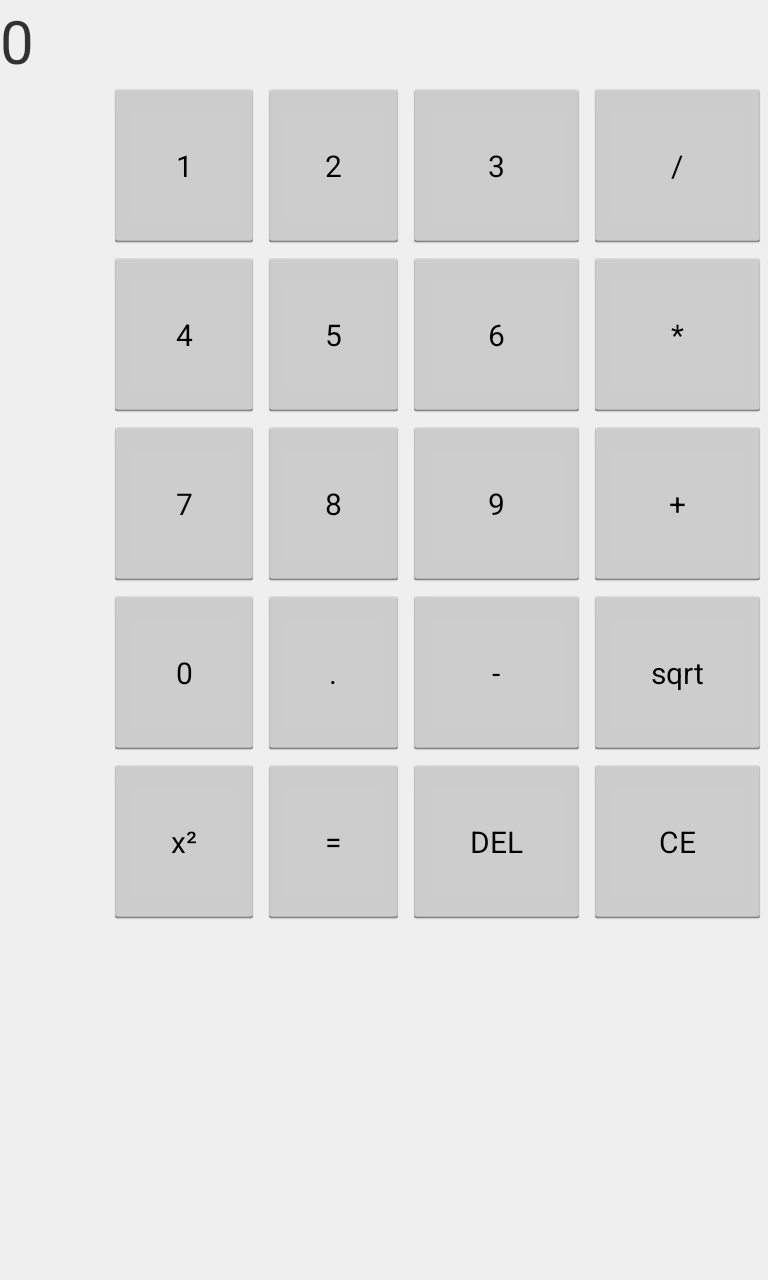
Repository: yrosascu/CursoAndroid
Layout: CalculadoraAndroid/res/layout/activity_calculator_main.xml
The author's editor kept a copy of each file at every save. The layout is drawn from the files as they stood at one save, then again after the next save.
It is drawn on a 768 x 1280 px phone screen (xhdpi) without system bars, with theme AppTheme; the app's code is not run.

Above is the layout before, as saved 2013-05-17 05:16:53.

### CalculadoraAndroid/res/layout/activity_calculator_main.xml
<LinearLayout xmlns:android="http://schemas.android.com/apk/res/android"
    android:orientation="vertical"
	android:layout_width="fill_parent"
	android:layout_height="fill_parent"
	android:background="#1111"
	>
	<TextView
	    android:id="@+id/Resultado"
		android:textSize="30sp"
		android:layout_width="fill_parent"
		android:layout_height="wrap_content"
		android:text="0"
	/>

	<TableLayout
		android:layout_width="fill_parent"
		android:layout_height="fill_parent"
		android:stretchColumns="1"
	>

	<TableRow>
	    <Button
	        android:layout_column="4"
			android:id="@+id/Boton1"
			android:layout_width="wrap_content"
			android:layout_height="wrap_content"
			android:text="1"
			android:textSize="15dp"
			android:padding="32dp"
		>

		</Button>
		<Button
			android:layout_column="4"
			android:id="@+id/Boton2"
			android:layout_width="wrap_content"
			android:layout_height="wrap_content"
			android:text="2"
			android:textSize="15dp"
			android:padding="32dp"
		> </Button>
		<Button
			android:layout_column="4"
			android:id="@+id/Boton3"
			android:layout_width="wrap_content"
			android:layout_height="wrap_content"
			android:text="3"
			android:textSize="15dp"
			android:padding="32dp"

		> </Button>
		<Button
			android:layout_column="4"
			android:id="@+id/Botondiv"
			android:layout_width="wrap_content"
			android:layout_height="wrap_content"
			android:text="/"
			android:textSize="15dp"
			android:padding="32dp"
		>
		</Button>

	</TableRow>
		<TableRow>
			<Button
				android:layout_column="4"
				android:id="@+id/Boton4"
				android:layout_width="wrap_content"
				android:layout_height="wrap_content"
				android:text="4"
				android:textSize="15dp"
				android:padding="32dp"
				>
			</Button>
			<Button
				android:layout_column="4"
				android:id="@+id/Boton5"
				android:layout_width="wrap_content"
				android:layout_height="wrap_content"
				android:text="5"
				android:textSize="15dp"
				android:padding="32dp"

			>

			</Button>
			<Button
				android:layout_column="4"
				android:id="@+id/Boton6"
				android:layout_width="wrap_content"
				android:layout_height="wrap_content"
				android:text="6"
				android:textSize="15dp"
				android:padding="32dp"

			>

			</Button>
			<Button
				android:layout_column="4"
				android:id="@+id/Botonmulti"
				android:layout_width="wrap_content"
				android:layout_height="wrap_content"
				android:text="*"
				android:textSize="15dp"
				android:padding="32dp"

			>

			</Button>
	</TableRow>
		<TableRow>
			<Button
				android:layout_column="4"
				android:id="@+id/Boton7"
				android:layout_width="wrap_content"
				android:layout_height="wrap_content"
				android:text="7"

				android:textSize="15dp"
				android:padding="32dp"
			>

			</Button>

			<Button
				android:layout_column="4"
				android:id="@+id/Boton8"
				android:layout_width="wrap_content"
				android:layout_height="wrap_content"
				android:text="8"
				android:textSize="15dp"
				android:padding="32dp"

			>

			</Button>

			<Button
				android:layout_column="4"
				android:id="@+id/Boton9"
				android:layout_width="wrap_content"
				android:layout_height="wrap_content"
				android:text="9"
				android:textSize="15dp"
				android:padding="32dp"

			>

			</Button>
			<Button
				android:layout_column="4"
				android:id="@+id/Botonsuma"
				android:layout_width="wrap_content"
				android:layout_height="wrap_content"
				android:text="+"
				android:textSize="15dp"
				android:padding="32dp"
			>

			</Button>
	</TableRow>
		<TableRow>
			<Button
				android:layout_column="4"
				android:id="@+id/Boton0"
				android:layout_width="wrap_content"
				android:layout_height="wrap_content"
				android:text="0"
				android:textSize="15dp"
				android:padding="32dp"
			>

			</Button>
			<Button
				android:layout_column="4"
				android:id="@+id/Botonpunto"
				android:layout_width="wrap_content"
				android:layout_height="wrap_content"
				android:text="."
				android:textSize="15dp"
				android:padding="32dp"
			>

			</Button>
			<Button
				android:layout_column="4"
				android:id="@+id/Botonresta"
				android:layout_width="wrap_content"
				android:layout_height="wrap_content"
				android:text="-"
				android:textSize="15dp"
				android:padding="32dp"
			>

			</Button>
			<Button
				android:layout_column="4"
				android:id="@+id/Botonsqrt"
				android:layout_width="wrap_content"
				android:layout_height="wrap_content"
				android:text="sqrt"
				android:textSize="15dp"
				android:padding="32dp"
			>

			</Button>
	</TableRow>

		<TableRow>

			<Button
				android:layout_column="4"
				android:id="@+id/Botonexp"
				android:layout_width="wrap_content"
				android:layout_height="wrap_content"
				android:text="x²"
				android:textSize="15dp"
				android:padding="32dp"
			>

			</Button>
			<Button
				android:layout_column="4"
				android:id="@+id/Botonigual"
				android:layout_width="wrap_content"
				android:layout_height="wrap_content"
				android:text="="
				android:textSize="15dp"
				android:padding="32dp"
			>

			</Button>

			<Button
				android:layout_column="4"
				android:id="@+id/DEL"
				android:layout_width="wrap_content"
				android:layout_height="wrap_content"
				android:text="DEL"
				android:textSize="15dp"
				android:padding="32dp"
			>

			</Button>
			<Button
				android:layout_column="4"
				android:id="@+id/CE"
				android:layout_width="wrap_content"
				android:layout_height="wrap_content"
				android:text="CE"
				android:textSize="15dp"
				android:padding="32dp"
			> </Button>
	</TableRow>
</TableLayout>


</LinearLayout>

Loaded but not shown: CalculadoraAndroid/res/values/styles.xml (common file); CalculadoraAndroid/res/values-v11/styles.xml (common file); CalculadoraAndroid/res/values-v14/styles.xml (common file)

After the next save:
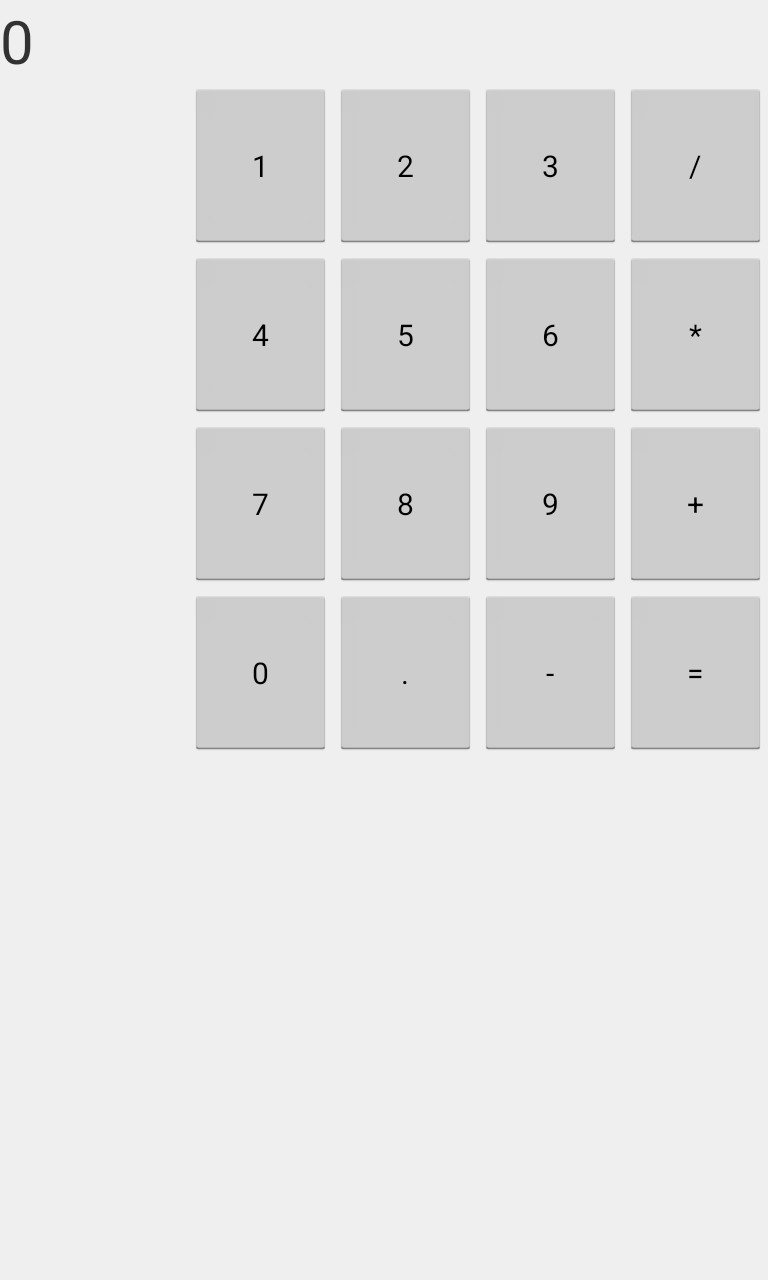
Saved 21 min 32 s later.
--- a/CalculadoraAndroid/res/layout/activity_calculator_main.xml
+++ b/CalculadoraAndroid/res/layout/activity_calculator_main.xml
@@ -194,64 +194,15 @@
 			>
 
 			</Button>
-			<Button
-				android:layout_column="4"
-				android:id="@+id/Botonsqrt"
-				android:layout_width="wrap_content"
-				android:layout_height="wrap_content"
-				android:text="sqrt"
-				android:textSize="15dp"
-				android:padding="32dp"
-			>
-
-			</Button>
-	</TableRow>
-
-		<TableRow>
-
-			<Button
-				android:layout_column="4"
-				android:id="@+id/Botonexp"
-				android:layout_width="wrap_content"
-				android:layout_height="wrap_content"
-				android:text="x²"
-				android:textSize="15dp"
-				android:padding="32dp"
-			>
-
-			</Button>
-			<Button
-				android:layout_column="4"
-				android:id="@+id/Botonigual"
-				android:layout_width="wrap_content"
-				android:layout_height="wrap_content"
-				android:text="="
-				android:textSize="15dp"
-				android:padding="32dp"
-			>
-
-			</Button>
-
-			<Button
-				android:layout_column="4"
-				android:id="@+id/DEL"
-				android:layout_width="wrap_content"
-				android:layout_height="wrap_content"
-				android:text="DEL"
-				android:textSize="15dp"
-				android:padding="32dp"
-			>
-
-			</Button>
-			<Button
-				android:layout_column="4"
-				android:id="@+id/CE"
-				android:layout_width="wrap_content"
-				android:layout_height="wrap_content"
-				android:text="CE"
-				android:textSize="15dp"
-				android:padding="32dp"
-			> </Button>
+
+			<Button
+			    android:id="@+id/Botonigual"
+			    android:layout_width="wrap_content"
+			    android:layout_height="wrap_content"
+			    android:padding="32dp"
+			    android:text="="
+			    android:textSize="15dp" />
+
 	</TableRow>
 </TableLayout>
 

After the 2 saves that followed:
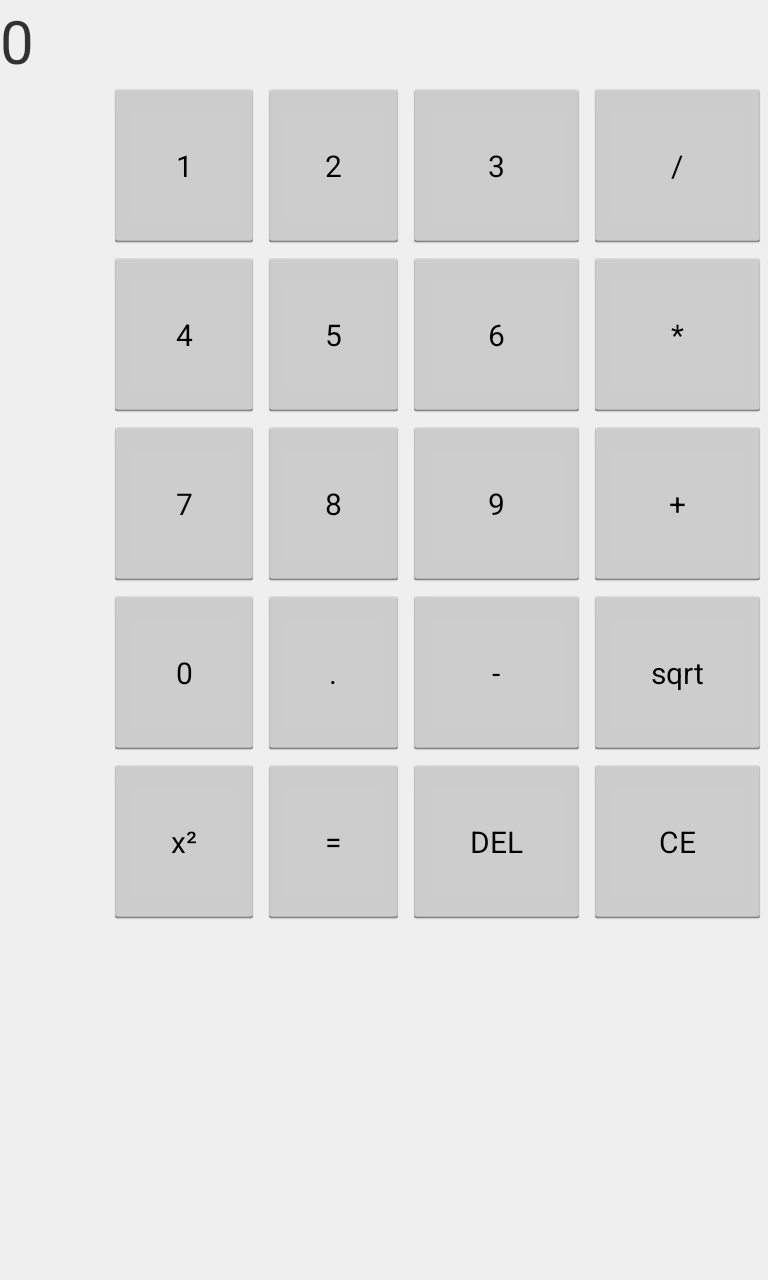
The 2 saves are shown as one change because 1 left the picture as it was.
The last was saved 5 min 48 s later.
--- a/CalculadoraAndroid/res/layout/activity_calculator_main.xml
+++ b/CalculadoraAndroid/res/layout/activity_calculator_main.xml
@@ -194,15 +194,64 @@
 			>
 
 			</Button>
-
-			<Button
-			    android:id="@+id/Botonigual"
-			    android:layout_width="wrap_content"
-			    android:layout_height="wrap_content"
-			    android:padding="32dp"
-			    android:text="="
-			    android:textSize="15dp" />
-
+			<Button
+				android:layout_column="4"
+				android:id="@+id/Botonsqrt"
+				android:layout_width="wrap_content"
+				android:layout_height="wrap_content"
+				android:text="sqrt"
+				android:textSize="15dp"
+				android:padding="32dp"
+			>
+
+			</Button>
+	</TableRow>
+
+		<TableRow>
+
+			<Button
+				android:layout_column="4"
+				android:id="@+id/Botonexp"
+				android:layout_width="wrap_content"
+				android:layout_height="wrap_content"
+				android:text="x²"
+				android:textSize="15dp"
+				android:padding="32dp"
+			>
+
+			</Button>
+			<Button
+				android:layout_column="4"
+				android:id="@+id/Botonigual"
+				android:layout_width="wrap_content"
+				android:layout_height="wrap_content"
+				android:text="="
+				android:textSize="15dp"
+				android:padding="32dp"
+			>
+
+			</Button>
+
+			<Button
+				android:layout_column="4"
+				android:id="@+id/DEL"
+				android:layout_width="wrap_content"
+				android:layout_height="wrap_content"
+				android:text="DEL"
+				android:textSize="15dp"
+				android:padding="32dp"
+			>
+
+			</Button>
+			<Button
+				android:layout_column="4"
+				android:id="@+id/CE"
+				android:layout_width="wrap_content"
+				android:layout_height="wrap_content"
+				android:text="CE"
+				android:textSize="15dp"
+				android:padding="32dp"
+			> </Button>
 	</TableRow>
 </TableLayout>
 
